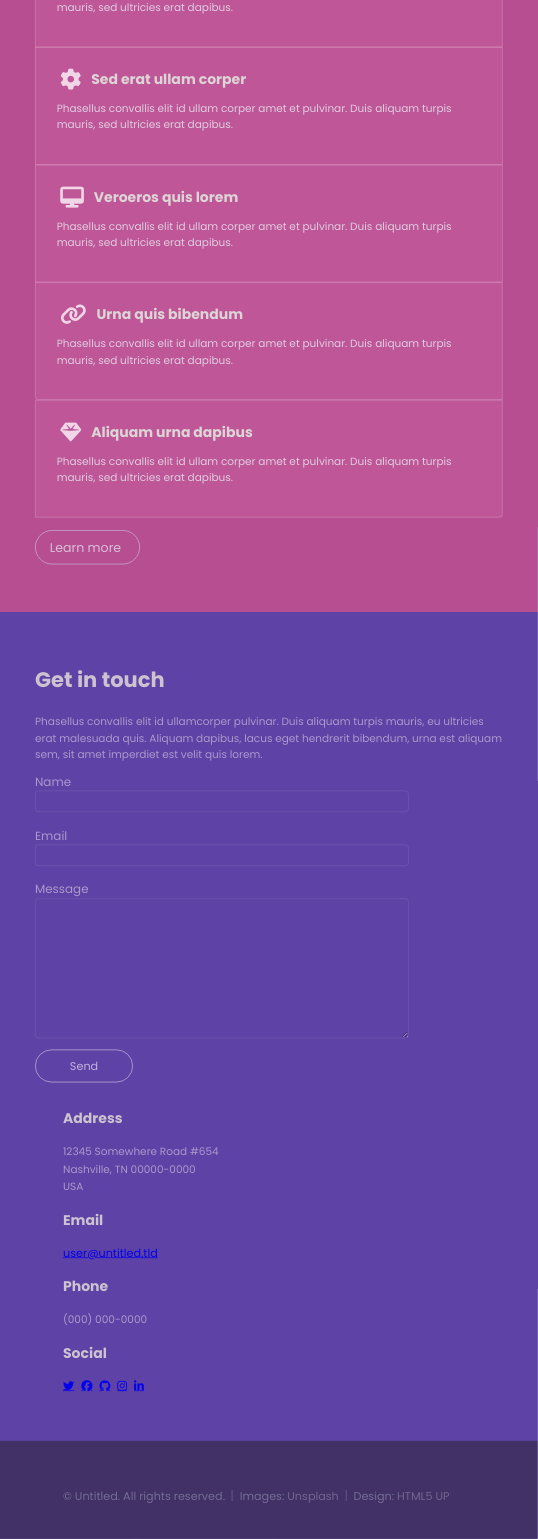
Repository: zai31/KIMIT_Tasks
Page: JsSession8/index.html
The author's editor kept a copy of each file at every save. The page is drawn from the files as they stood at one save, then again after the next save.
The browser window is 768 px wide. The pictures show the part of the page from y = 3966 to 6206 px (the page is 6164 px tall before and 6206 px after), at 70% of full size.
Backgrounds fixed to the window are drawn as part of the page.

Above is the page before, as saved 2025-09-16 18:21:55.

### JsSession8/index.html
<!DOCTYPE html>
<html lang="en">
<head>
    <meta charset="UTF-8">
    <meta name="viewport" content="width=device-width, initial-scale=1.0">
    <link rel="stylesheet" href="./css/style.css">
	<link href="https://cdnjs.cloudflare.com/ajax/libs/font-awesome/6.5.2/css/all.min.css" rel="stylesheet">

    <title>Responsive</title>
</head>

<body>
    <section  class="flex-section">
        <div class="menu">
        <ul>
            <li><a href="#">welcome</a></li>
            <li><a href="#">who are we</a></li>
            <li><a href="#">what we do</a></li>
            <li><a href="#">get in touch</a></li>
        </ul>
</div>
<div class="section">
    <div class="content">
      <div class="intro">
							<h1>Hyperspace</h1>
							<p>Just another fine responsive site template designed by <a href="https://html5up.net">HTML5 UP</a><br>
							and released for free under the <a href="https://html5up.net/license">Creative Commons</a>.</p>
							<button>Learn more</button>

						</div>
    <div class="overview">
        <div class="s" style="background-color: rgb(83, 83, 228);">
           <img src="./images/1.jpg" alt="">

							<div ><h1>Hyperspace</h1>
                                <p>Just another fine responsive site template designed by
							and released for free under the.</p>
							<button>Learn more</button></div>
        </div>
        <div class="s" style="background-color: rgb(69, 69, 226);">
            <img src="./images/2.jpg" alt="">
							<div >
                                           	<h1>Hyperspace</h1>
<p>Just another fine responsive site template designed by
							and released for free under the.</p>
							<button>Learn more</button></div>
        </div>
        <div class="s" style="background-color: rgb(54, 54, 213);">
            <img src="./images/3.jpg" alt="">
							<div >
                                           	<h1>Hyperspace</h1>
<p>Just another fine responsive site template designed by
							and released for free under the.</p>
							<button>Learn more</button></div>
        </div>
    <div class="what">
							<h2 style="font-size: 30px;">What we do</h2>
							<p>Phasellus convallis elit id ullamcorper pulvinar. Duis aliquam turpis mauris, eu ultricies erat malesuada quis. Aliquam dapibus, lacus eget hendrerit bibendum, urna est aliquam sem, sit amet imperdiet est velit quis lorem.</p>
							<div class="features">
								<section style="border-radius:5px 0px 0px 0 ;">
									<span style="color: rgba(255, 255, 255, 0.759); font-size: 30px;" class="fa-solid fa-lock"></span>
									<h3 >Lorem ipsum amet</h3>
									<p>Phasellus convallis elit id ullam corper amet et pulvinar. Duis aliquam turpis mauris, sed ultricies erat dapibus.</p>
								</section>
								<section style="border-radius:0 5px 0px 0 ;">
									<span style="color: rgba(255, 255, 255, 0.759); font-size: 30px;" class="fa-solid fa-lock"></span>
									<h3>Aliquam sed nullam</h3>
									<p>Phasellus convallis elit id ullam corper amet et pulvinar. Duis aliquam turpis mauris, sed ultricies erat dapibus.</p>
								</section>
								<section>
									<span style="color: rgba(255, 255, 255, 0.759); font-size: 30px;" class="fa-solid  fa-cog"></span>
									<h3>Sed erat ullam corper</h3>
									<p>Phasellus convallis elit id ullam corper amet et pulvinar. Duis aliquam turpis mauris, sed ultricies erat dapibus.</p>
								</section>
								<section>
									<span style="color: rgba(255, 255, 255, 0.759); font-size: 30px;" class="fa-solid fa-desktop"></span>
									<h3>Veroeros quis lorem</h3>
									<p>Phasellus convallis elit id ullam corper amet et pulvinar. Duis aliquam turpis mauris, sed ultricies erat dapibus.</p>
								</section>
								<section style="border-radius:0 0px 0px 5px  ;">
									<span class="fa-solid fa-link" style="color: rgba(255, 255, 255, 0.759); font-size: 30px;"></span>
									<h3>Urna quis bibendum</h3>
									<p>Phasellus convallis elit id ullam corper amet et pulvinar. Duis aliquam turpis mauris, sed ultricies erat dapibus.</p>
								</section>
								<section style="border-radius:0 0px 5px 0 ;">
									<span class="fa-solid fa-gem" style="color: rgba(255, 255, 255, 0.759); font-size: 30px;" ></span>
									<h3>Aliquam urna dapibus</h3>
									<p>Phasellus convallis elit id ullam corper amet et pulvinar. Duis aliquam turpis mauris, sed ultricies erat dapibus.</p>
								</section>
							</div>
							<ul class="actions">
								<li style="list-style: none;"><a href="generic.html" class="button" style="text-decoration: none; color: thistle;">Learn more</a></li>
							</ul>

    </div>
                        </div>
	<div class="form">
		<h2 style="font-size: 30px;">Get in touch</h2>
							<p>Phasellus convallis elit id ullamcorper pulvinar. Duis aliquam turpis mauris, eu ultricies erat malesuada quis. Aliquam dapibus, lacus eget hendrerit bibendum, urna est aliquam sem, sit amet imperdiet est velit quis lorem.</p>
							<div class="formS"><form action="">
								<div class="fields">

								<div class="row">

									<div class="field">
										<label for="name">Name</label>
										<input type="text" name="name" id="name" />
									</div>
									<div class="field">
										<label for="email">Email</label>
										<input type="email" name="email" id="email" />
									</div></div>
									<div class="field">
										<label for="message">Message</label>
										<textarea name="message" id="message" rows="3"></textarea>
									</div>
								</div>
								<ul style="list-style: none;padding: 0px;" class="actions">
									<li><input type="submit" value="Send" /></li>
								</ul>
							</form>
							<div class="line"></div>
							<section>
								<ul style="list-style: none;" class="contact">
										<li>
											<h3>Address</h3>
											<span>12345 Somewhere Road #654<br>
											Nashville, TN 00000-0000<br>
											USA</span>
										</li>
										<li>
											<h3>Email</h3>
											<a href="#">user@untitled.tld</a>
										</li>
										<li>
											<h3>Phone</h3>
											<span>(000) 000-0000</span>
										</li>
										<li>
											<h3>Social</h3>
											<ul style="list-style: none; display: flex; padding: 0px;gap: 10px;" class="icons">
												<li><a href="#" class="fa-brands fa-twitter"><span class="label"></span></a></li>
												<li><a href="#" class="fa-brands fa-facebook"><span class="label"></span></a></li>
												<li><a href="#" class="fa-brands fa-github"><span class="label"></span></a></li>
												<li><a href="#" class="fa-brands fa-instagram"><span class="label"></span></a></li>
												<li><a href="#" class="fa-brands fa-linkedin-in"><span class="label"></span></a></li>
											</ul>
										</li>
									</ul>
							</section>

							</div>
	</div>
	<div class="footer">
					<ul style="list-style: none;color: rgba(240, 248, 255, 0.3);display:flex;gap: 10px;">
						<li >© Untitled. All rights reserved.</li>
						<li style="width: 1px; background-color: rgba(255, 255, 255, 0.253);height:16px;margin: auto 0;"></li>
						<li>Images: <a style="text-decoration: none;color: rgba(255, 255, 255, 0.253);" href="http://unsplash.com">Unsplash</a></li>
						<li style="width: 1px; background-color: rgba(255, 255, 255, 0.253);height:16px;margin: auto 0;"></li>

						<li>Design: <a  style="text-decoration: none;color: rgba(255, 255, 255, 0.253);"href="https://html5up.net">HTML5 UP</a></li>
					</ul>
				</div>
							</div>
                        </div>

                    </section>
</body>
</html>

### JsSession8/CSS/style.css
@import url("https://fonts.googleapis.com/css2?family=Poppins:ital,wght@0,100;0,200;0,300;0,400;0,500;0,600;0,700;0,800;0,900;1,100;1,200;1,300;1,400;1,500;1,600;1,700;1,800;1,900&display=swap");

* {
    box-sizing: border-box;
    font-family: "Poppins", sans-serif;
}

:root {
    --sidebar-color: #312450;
    --primary-color: #5e42a6;
    --secondary-color: #b74e91;
    --section-bg-color: #c7b2dc;
    --dark-color: #000000;
    --navbar-bg-color: #273053;
    --p-color: #717275;
    --highlight-icon-color: #ff0100;
    --main-transition: 0.5s all ease-in-out;
}


html,
body {
    height: 100%;
    margin: 0;
    padding: 0;
}

.flex-section {
    display: flex;
    flex-direction: row;

}

/*side bar*/
.flex-section .menu {
    min-height: 100vh;
    /* ensures sidebar spans at least the full screen */
    height: auto;
    /* lets it grow with content */
    width: 300px;
    top: 0;
    left: 0;
    position: fixed;
    background-color: var(--sidebar-color);
    padding: 145px 30px;
    box-shadow: 0 0 10px rgba(0, 0, 0, 0.1);
}



.flex-section .menu ul {
    list-style: none;
    padding: 0;
    margin: 0;
    text-align: right;
}

.flex-section .menu ul li {
    margin-bottom: 10px;
    font-size: 20px;
    position: relative;
    /* needed for ::after positioning */
    padding-bottom: 10px;
}

.flex-section .menu ul li a {
    text-decoration: none;
    color: #8b82a1;

}

.flex-section .menu ul li::after {
    content: "";
    position: absolute;
    left: 0;
    bottom: 0;
    width: 100%;
    /* stick to the bottom */
    height: 2px;
    background-color: #8b82a1;
    /* thickness of underline */
    transition: width 0.3s ease;
}

/*use js*/
.flex-section .menu ul li a:hover::after {
    width: 100%;
    /* expand underline on hover */
}


.flex-section .menu ul li a:hover {
    color: #b5b8bf;
}

.flex-section .menu ul li a:active {
    color: #5e42a6;
}

.flex-section .menu ul li a:active::after {
    background: linear-gradient(to right, #4b0082, #8b00ff, #981196);
}

/*****respponsive *****/
@media screen and (max-width: 1024px) {
  .flex-section {
    flex-direction: column; /* stack menu on top */
  }

  .flex-section .menu {
    position: relative;   /* no longer fixed on side */
    width: 100%;
    height: auto;
    min-height: auto;
    padding: 20px;
    display: flex;
    justify-content: center;
    align-items: center;
  }

  .flex-section .menu ul {
    display: flex;
    flex-direction: row;
    justify-content: center;
    gap: 20px;
    text-align: center;
    width: 100%;
  }

  .flex-section .menu ul li {
    margin: 0;
    padding: 0;
  }

  .flex-section .section {
    padding-left: 0;
  }
}

/**************content*************/

/*content first section */
.flex-section .section {
    flex: 1;
    background-color: var(--section-bg-color);
    background-attachment: fixed;
    background-image: url("../assets/css/images/Screenshot\ 2025-09-15\ 075920.png");
    background-position: top right;
    background-repeat: no-repeat;
    background-size: 100% 100%;
    padding-left: 300px;
}

.flex-section .section .content {
    display: flex;
    flex-direction: column;
    width: 100%;
}

.flex-section .section .content .intro {
    padding: 100px;
    width: 100%;
    height: 100vh;
}

.flex-section .section .content .intro h1 {
    color: rgb(221, 213, 213);
    font-size: 50px;
}

.flex-section .section .content .intro p,
.flex-section .section .content .intro a {
    color: var(--section-bg-color);
    font-size: 20px;
}

.flex-section .section .content .intro a:hover {
    color: #fefefe;
    text-decoration: none;
}

.flex-section .section .content .intro button {
    color: var(--section-bg-color);
    background-color: transparent;
    border: 1px solid var(--section-bg-color);
    padding: 10px 20px;
    border-radius: 25px;
    cursor: pointer;
    text-decoration: none;
    font-size: 18px;
}

.flex-section .section .content .intro button:hover {
    background-color: #6f54b6;
}




/*content second section */

.flex-section .section .content .overview .s {
    display: flex;
    flex-direction: row;
    align-items: center;
    gap: 30px;
}

.flex-section .section .content .overview .s h1 {
    color: rgb(221, 213, 213);
    font-size: 30px;
}

.flex-section .section .content .overview .s p {
    color: var(--section-bg-color);
    font-size: 20px;
}

.flex-section .section .content .overview .s button {
    color: var(--section-bg-color);
    background-color: transparent;
    border: 1px solid var(--section-bg-color);
    padding: 10px 20px;
    border-radius: 25px;
    cursor: pointer;
    text-decoration: none;
    font-size: 18px;
}

.flex-section .section .content .overview .s button:hover {
    background-color: rgb(77, 77, 246);
}

.flex-section .section .content .overview .s img {
    width: 40%;
}

/**responsive**/
@media screen and (min-width: 425px) and (max-width: 768px) and (orientation: portrait) {

    .flex-section .section {
        padding-left: 0; /* remove left offset since sidebar is gone */
    }
   .flex-section .section .content .overview .s {
        display: flex;
        flex-direction: column;
    }
    .flex-section .section .content .overview .s div {
        padding: 50px;
    }

    .flex-section .section .content .overview .s img {
        width: 100%;
    }

}

/*what section*/

.flex-section .section .content .what {
    padding: 50px;
    width: 100%;
    background-color: var(--secondary-color);
}

.flex-section .section .content .what h3,
.flex-section .section .content .what h2 {
    color: rgb(221, 213, 213);
    font-size: 20px;
}
.flex-section .section .content .what p {
    color: #e0cee1;
    font-size: 15px;
}

.flex-section .section .content .what .features{
    display: flex;
    flex-direction: row;
    flex-wrap: wrap;
    background-color: #be5698;


}
.flex-section .section .content .what .features section {
 flex: 1 1 50%;     /* grow/shrink, ~half width with gap */
 border: 0.5px solid rgba(255, 255, 255, 0.248);
 box-sizing: border-box;
 padding: 30px;

}
.flex-section .section .content .what .actions {
   color: var(--section-bg-color);
    background-color: transparent;
    border: 1px solid var(--section-bg-color);
    padding: 10px 20px;
    border-radius: 25px;
    cursor: pointer;
    text-decoration: none;
    font-size: 18px;
    width: 150px;
}

 .what .actions:hover {
    background-color: rgb(212, 107, 177);
}
.features section span,
.features section h3 {
  display: inline-block;
  vertical-align: middle;
  margin: 0 5px;
}
 @media screen and (min-width: 425px) and (max-width: 768px) and (orientation: portrait) {

.flex-section .section .content .what .features section {
 flex: 1 1 100%;     /* grow/shrink, full width with gap */

}

 }
/*form*/

.form {
    padding: 50px;
    width: 100%;
    background-color: var(--primary-color);

}
.form .formS
{
   display: flex;
   flex-direction: row;
}
.form h2 {
    color: rgba(221, 213, 213, 0.873);
    font-size: 30px;
}
.form p {
    color: #e0cee19d;
    font-size: 15px;
}
 .fields {
    display: flex;
    flex-direction: row;
    flex-wrap: wrap;
    width: 80%;
    border-radius: 10px;
    height: 80%;
    gap: 20px;
}

.field {
  display: flex;
  flex-direction: column;
  flex: 1; /* make name and email share equal width */
}
.field input, .field textarea{
    background-color: transparent;
    border: 1px solid #e0cee127;
    border-radius: 5px;
    cursor: pointer;
    text-decoration: none;
    font-size: 18px;
    color: #e0cee19d;
}
.field label {
    color: #e0cee19d;
    font-size: 17px;
}
.contact-info {
  flex: 1; /* right side column */
  color: #e0cee19d;
}

.form .fields .row {
    display: flex;
    flex-direction: row;
    flex-wrap: wrap;
    width: 100%;
    gap: 20px;}

    .field textarea
    {
        height: 200px;
    }
.line {
    width: 2px;
    background-color:#ffffff28; /* or border-left: 1px solid #e0cee127; */
    margin: 0 15px; /* spacing from form and contact info */
    align-self: stretch; /* makes it fill the full height of the flex container */
}
.formS .contact{
    width: 100%;
}
.formS .contact h3 {
    color: rgba(221, 213, 213, 0.873);
    font-size: 20px;
}
.formS .contact span {
    color: #e0cee19d;
    font-size: 15px;
}
.formS .actions input
{
    color: var(--section-bg-color);
    background-color: transparent;
    border: 1px solid var(--section-bg-color);
    padding: 10px 20px;
    border-radius: 25px;
    cursor: pointer;
    text-decoration: none;
    font-size: 16px;
    width: 140px;
    list-style: none;
}
 @media screen and (min-width: 425px) and (max-width: 768px) and (orientation: portrait) {

.form .formS
{
   display: flex;
   flex-direction: column;
}
.line {
    width: 300px;
    height: 100%;
    background-color:#ffffff28; /* or border-left: 1px solid #e0cee127; */
    margin: 0 15px; /* spacing from form and contact info */
    align-self: stretch; /* makes it fill the full height of the flex container */
}


 }

.footer
{
    padding: 50px;
    width: 100%;
    height: 140px;
    background-color:#413167;
}

After the next save:
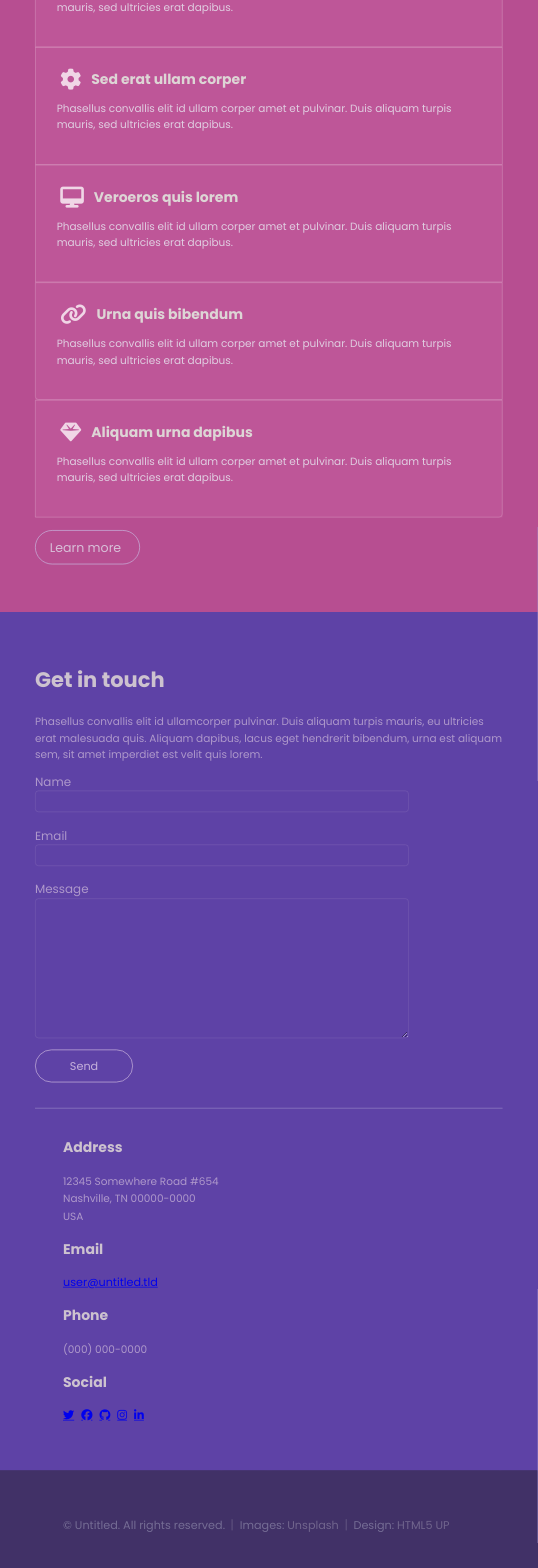
Saved 2 min 22 s later.
--- a/JsSession8/CSS/style.css
+++ b/JsSession8/CSS/style.css
@@ -419,13 +419,12 @@ body {
    display: flex;
    flex-direction: column;
 }
-.line {
-    width: 300px;
-    height: 100%;
-    background-color:#ffffff28; /* or border-left: 1px solid #e0cee127; */
-    margin: 0 15px; /* spacing from form and contact info */
-    align-self: stretch; /* makes it fill the full height of the flex container */
-}
+ .line {
+    width: 100%;          /* full width */
+    height: 2px;          /* thin horizontal */
+    background-color:#ffffff28;
+    margin: 20px 0;       /* space above and below */
+  }
 
 
  }
